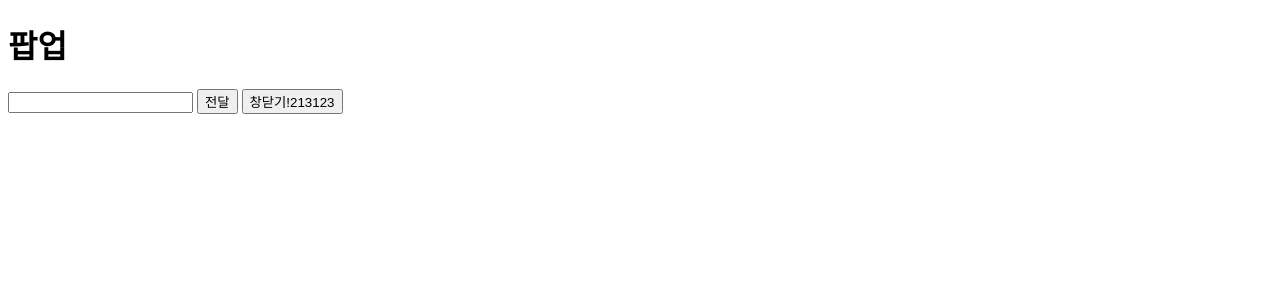
Repository: sunghyun-biblee/LearnSpace
Page: 4_UI/JS_Test/WebContent/js16_window02.html
The author's editor kept a copy of each file at every save. The page is drawn from the files as they stood at one save, then again after the next save.
The browser window is 1280 px wide. The pictures show the whole page.

Above is the page before, as saved 2023-10-26 08:21:26.

After the next save:
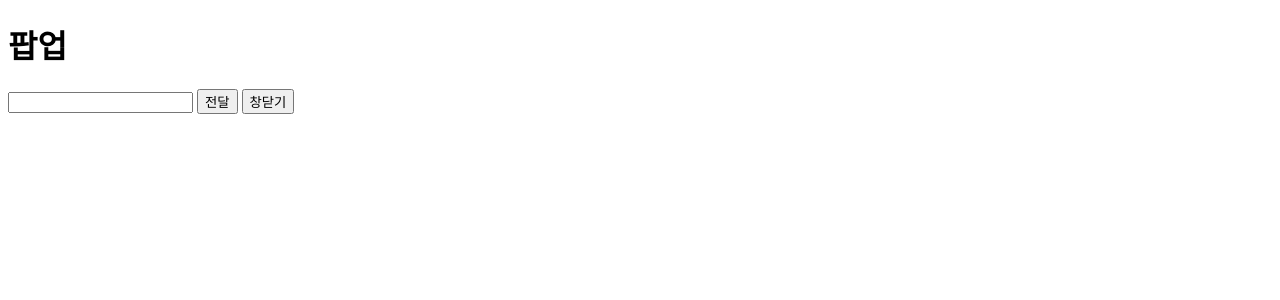
Saved 20 s later.
--- a/4_UI/JS_Test/WebContent/js16_window02.html
+++ b/4_UI/JS_Test/WebContent/js16_window02.html
@@ -19,7 +19,7 @@
 <h1>팝업</h1>
 <input type="text" name="test">
 <input type="button" onclick="test();" value="전달">
-<input type="button" onclick="window.close();" value="창닫기!213123">
+<input type="button" onclick="window.close();" value="창닫기">
 <!--  self를 붙이는 이유는 직접선언한 함수 close인지 window.객체의 close인지 모르기때문에 window.close를 실행할려면 self를 붙인다. -->
 <!-- self => 자기자신, 즉 창닫기 태그를 의미 -->
 <!-- window => 현재 보고있는 창 -->
